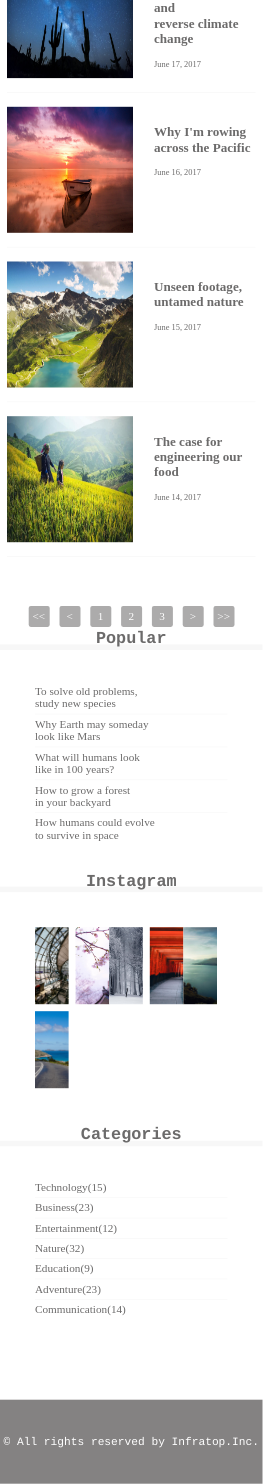
Repository: KoPiyt/Infratop-01
Page: caravan/index.html
The author's editor kept a record of every edit. The page is drawn from the files as they stood at one moment, then again after the next edit.
The browser window is 375 px wide. The pictures show the part of the page from y = 931 to 3171 px (the page is 3051 px tall before and 3171 px after), at 70% of full size.
Some web libraries are served in a nearby version.

Above is the page before.

After the next edit:
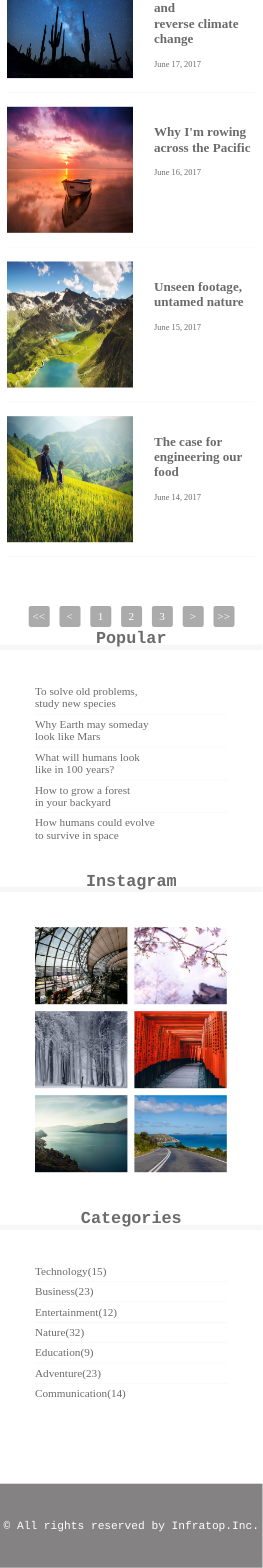
The edit:
--- a/caravan/style.css
+++ b/caravan/style.css
@@ -265,7 +265,7 @@
   }
 
   .instagram-box {
-  width: 48px;
+  width: 48%;
   padding-top: 110px;
   background-size: cover;
   background-position: center;
